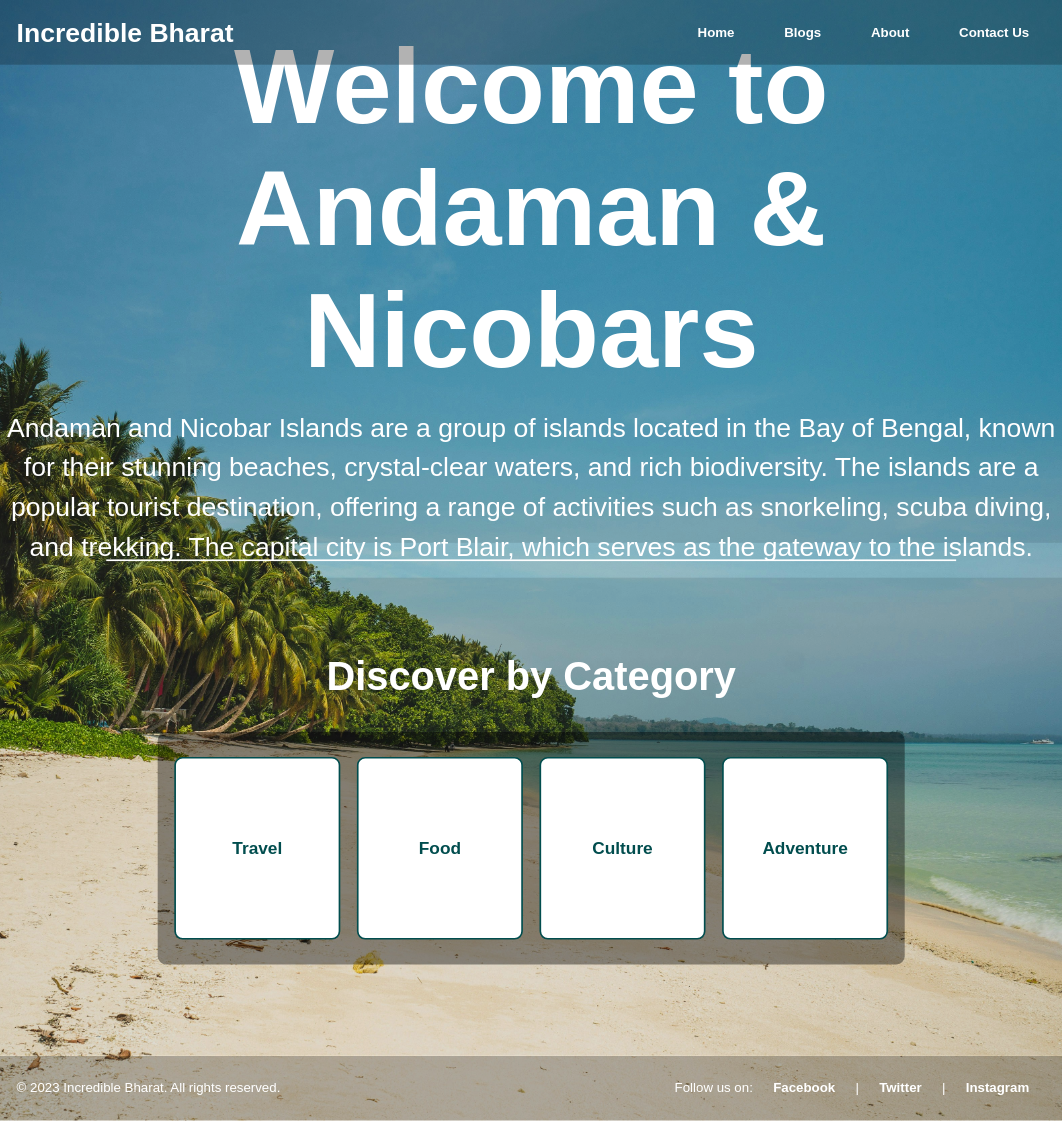
Repository: jaidhiman111/incrediblebharat
Page: destinations/Andaman&Nicobar.html
An editor plug-in stored every save of this project. The page is shown before and after the next save, followed by the edit.
The browser window is 1280 px wide. The pictures show the whole page, at 83% of full size.

Above is the page before, as saved 2025-04-30 23:33:53.

After the next save:
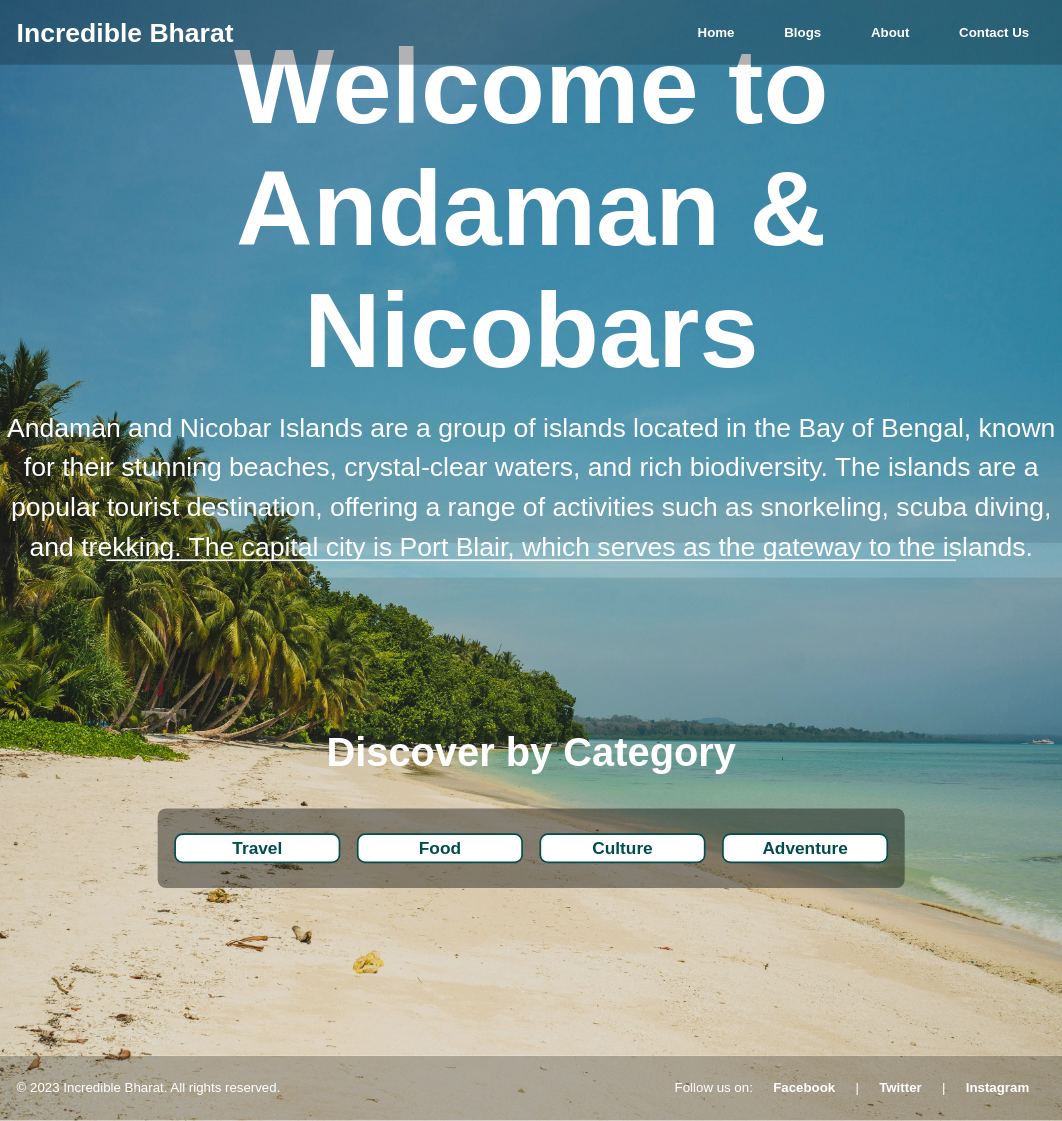
Saved 40 s later.
--- a/assets/style.css
+++ b/assets/style.css
@@ -163,7 +163,7 @@ hr {
     border: 2px solid #014d4e;
     border-radius: 10px;
     width: 200px;
-    height: 220px;
+    height: 5vh;
     display: flex;
     align-items: center;
     justify-content: center;
